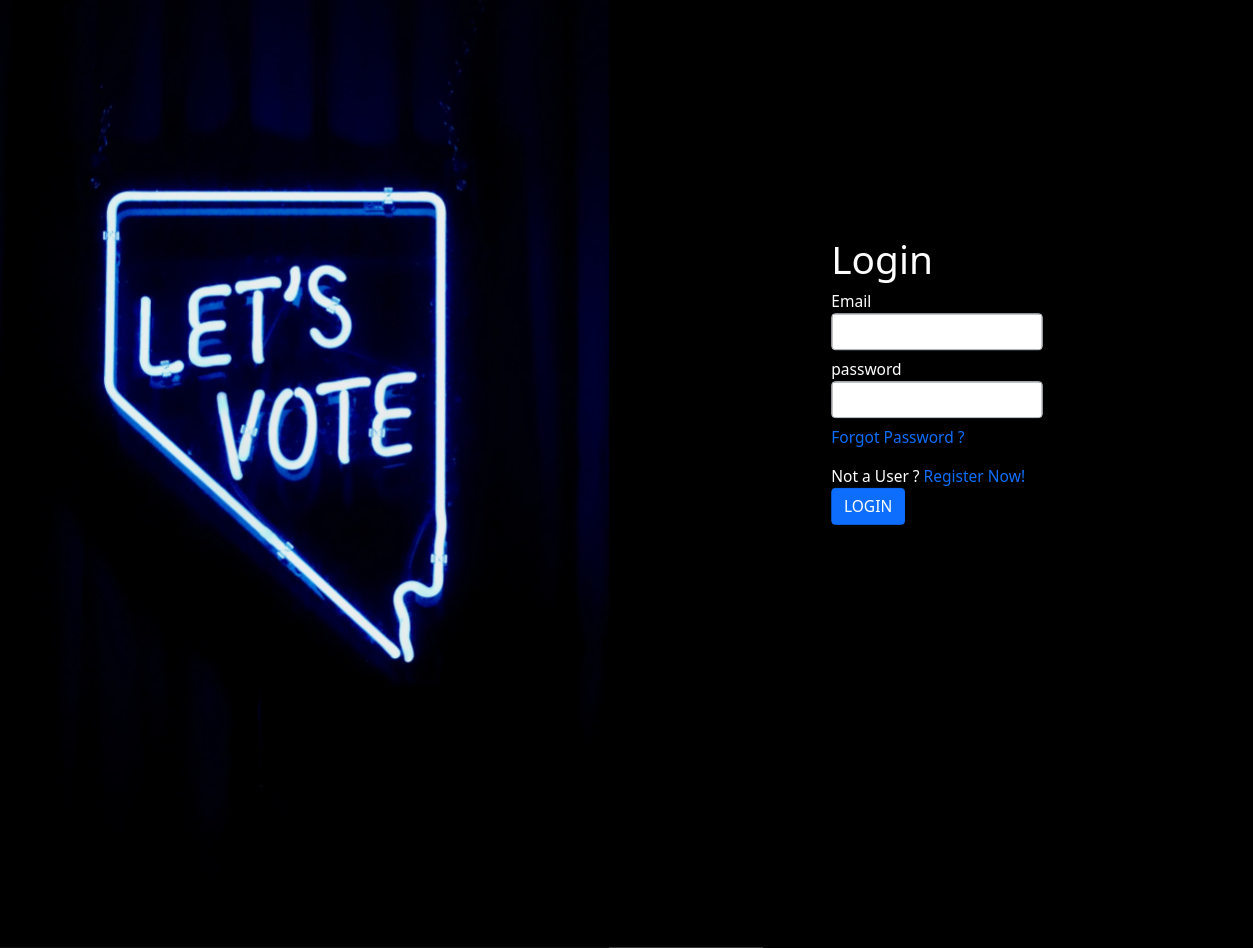
Repository: DavidManiIbrahim/Voting-app
Page: Login.html
The author's editor kept a copy of each file at every save. The page is drawn from the files as they stood at one save, then again after a run of saves.
The browser window is 1280 px wide. The page is 1292 px wide, so the pictures cover 1292 px, including what lies to the right of the window. The pictures show the whole page, at 97% of full size.

Above is the page before, as saved 2025-01-18 07:12:49.

After the next 2 saves:
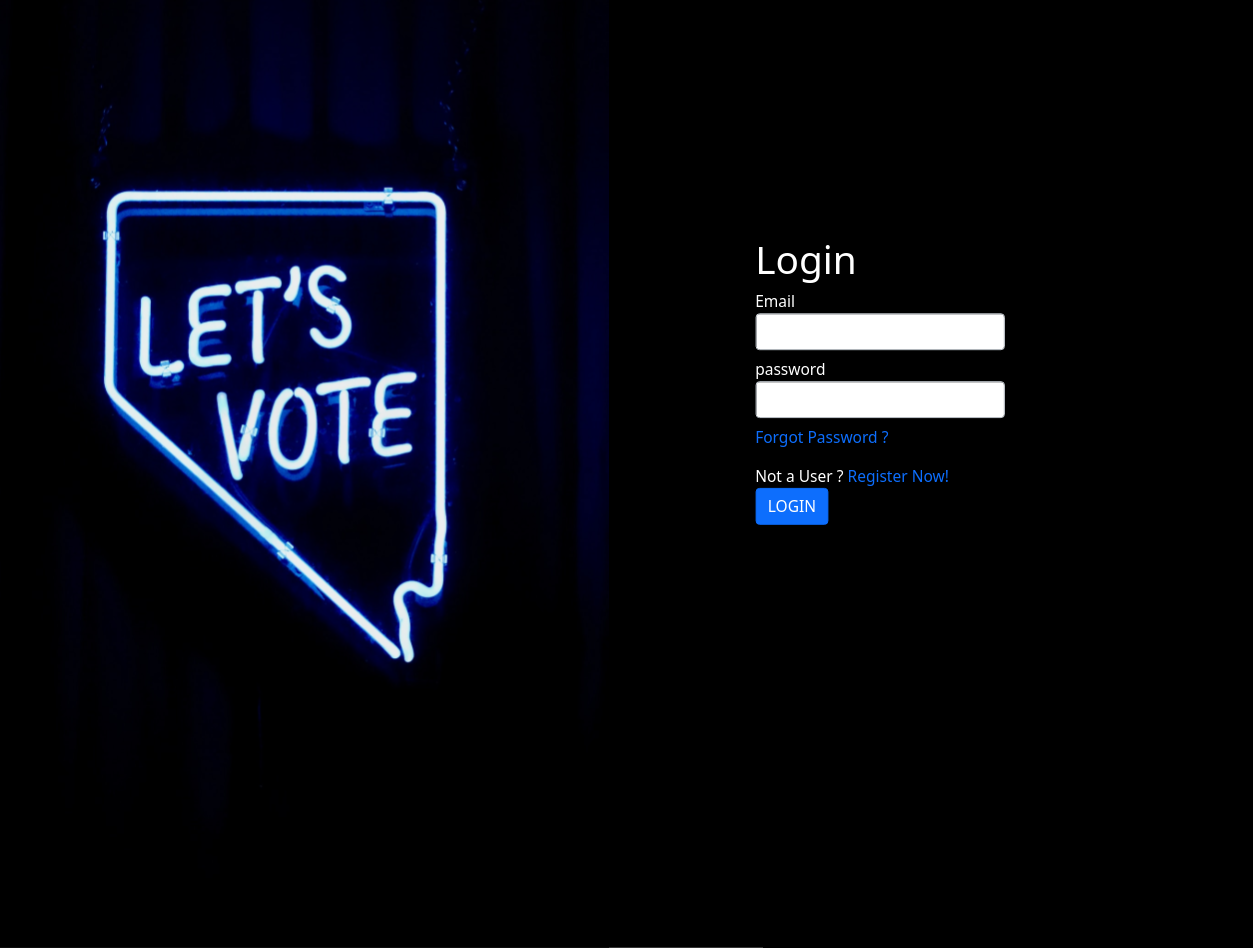
The 2 saves are shown as one change because they came seconds apart.
The last was saved 16 s later.
--- a/Login.html
+++ b/Login.html
@@ -23,7 +23,7 @@
         <img src="./unsplash_LA1VawaCjjI.svg" alt="login image" class=" img-fluid" width="100%">
     </div>
     <div class="col-md text-white align-items-center">
-        <form action="" class="w-50 p-5 m-auto ">
+        <form action="" class="w-75 p-5 m-auto ">
             <h1>Login</h1>
             <label for="email" class="form-label">Email  <br>
                 <input class="form-control" type="text">
